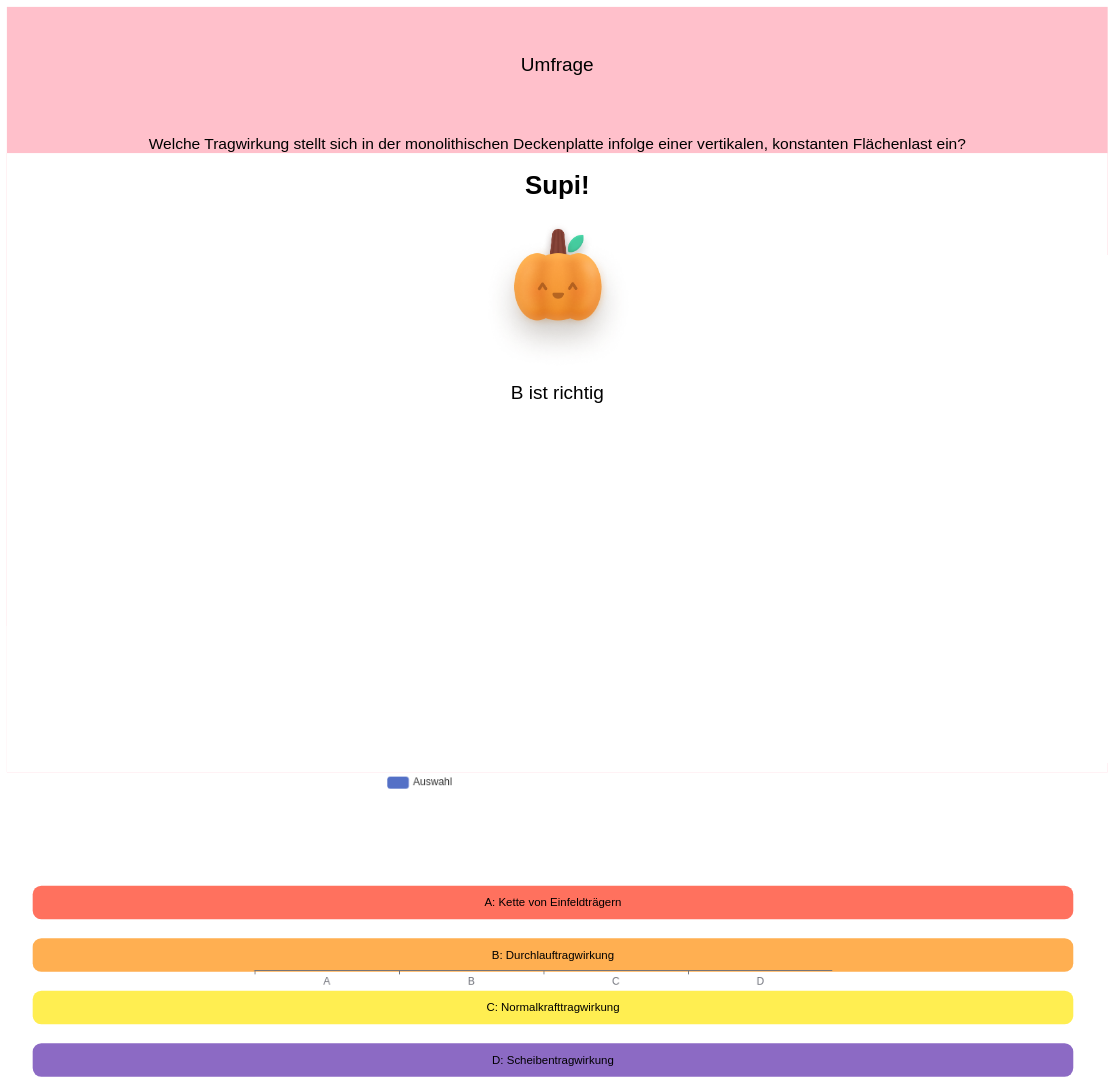
Repository: HyunraDate/Quinlan
Page: /Ergebnis1
The author's editor kept a copy of each file at every save. The page is drawn from the files as they stood at one save, then again after the next save.
The browser window is 1280 px wide. The page is 1288 px wide, so the pictures cover 1288 px, including what lies to the right of the window. The pictures show the whole page, at 86% of full size.
The page's requests for data from a server got no answer. The project was rebuilt for these pictures with package versions that can differ from the ones it lists, and the page was loaded fresh each time. No one was signed in, and anything a server would have sent is missing. Also part of the build but not shown: vite.config.js, src/views/Ergebnis2.vue, src/views/Erklaerung.vue.

Above is the page before, as saved 2023-07-04 10:26:50.

### index.html
<!DOCTYPE html>
<html lang="en">
  <head>
    <meta charset="UTF-8" />
    <link rel="icon" type="image/svg+xml" href="/vite.svg" />
    <meta name="viewport" content="width=device-width, initial-scale=1.0" />
    <title>Vite + Vue</title>
  </head>
  <body>
    <div id="app"></div>
    <script type="module" src="/src/main.js"></script>
    <script
    src="https://cdnjs.cloudflare.com/ajax/libs/echarts/5.4.1/echarts.min.js"
    integrity="sha512-OTbGFYPLe3jhy4bUwbB8nls0TFgz10kn0TLkmyA+l3FyivDs31zsXCjOis7YGDtE2Jsy0+fzW+3/OVoPVujPmQ=="
    crossorigin="anonymous"
    referrerpolicy="no-referrer">
    </script>

  </body>
</html>

### src/views/FragePage.vue
<!-- <template>
    <div>
    <div class="flex-col page">
        <div class="flex-col items-center">
          span class="font_1">Umfrage</span>
      <br/>

      <body onload="run()">
        wird in <span id="spanId" style="color:#FE9637">60</span>Sekunden springen!
      </body>
    </div>
</template> -->
<script>
// import { useStore } from '@store/index'
// //先引入useRouter
// import { useRouter } from 'vue-router'

// export default {
//   const store = useStore()
//   const router = useRouter()
//   //通过定义一个方法，使用Router进行跳转
//   const test =()=>
//   router.push()
// }

// import { useRouter , useRoute } from 'vue-router'

// setup(){
//     const $router=useRouter()
//     const $route=useRoute()

//     // 对象 $router.push()可以向history对象添加新记录
//     $router.push({ path: 'Ergebnis1' })
// }


// return {
//   store,
//   //这里暴露test方法
//   test
// }
// 页面一加载完成，该方法就会执行
// 读秒，一秒钟数字改变一次

// export default { 唔可以系setup度用
//   methods: {
//     scrollTo(target) {
//       const element = this.$refs[target];
//       element.scrollIntoView({ behavior: 'smooth' });
//     }
//   }
// }

var x = 60;
var select = "Step3.html";

function run(){
  // 获取到的是span标签的对象
  var span = document.getElementById("spanId");
  // 获取span标签中间的文本
  span.innerHTML = x;
  x--;
  // 再让run方法执行呢，一秒钟执行一次
  if(x < 0)window.location = select;
  else window.setTimeout("run()", 1000);

};

function test(click){
  select = click;
}

export default {
  data() {
    return {
      isDisabled: false,
      showButton: true,
    };
  },
  //Falls du die Btns nicht zeigen möchtest
  // beforeRouteEnter(to, from, next) {
  //   next(vm => {
  //     vm.showButton = false
  //   })
  // },
  // mounted() {
  //   // 在页面加载时显示按钮
  //   this.showButton = true;
  // },
  // beforeDestroy() {
  //   // 在页面销毁之前隐藏按钮
  //   this.showButton = false;
  // },

  methods:{
    option1:function(){
      console.log(this.$router);
      // this.$router.plus('/') 这里跳转不了欸
      //this.$router.push({path:"/"}) //传入对象 但也跳转不了欸 push!唔系plus啊死蠢！
      //this.showButton = false;

      //带参数
      this.$router.push({path:'/Ergebnis1'}) //成功跳转了！！okok!!
      //this.$router.push({name:"almond",params:{id:Chocolat}}) //传参 这里传不到欸 // 试一下传right
      },

      option2:function(){
        console.log(this.$router);
        //this.showButton = false; //hier zeigt die Button nicht mehr, wie du möchtest

        //带参数
        this.$router.push({path:'/Ergebnis2'}) //成功跳转了！！okok!!
        //如果要动态传参

        //this.$router.push({name:"Ergebnis2",params:{id:A}}) //传参 这里传不到欸 // 试一下传worong
      },

      onClick() {
        // 在点击事件监听器中禁用按钮
        this.isDisabled = true;
        // 在每个按钮上使用 v-bind:disabled 指令，将其值绑定为 isDisabled，
        //当 isDisabled 为 true 时，按钮将被禁用。
        console.log("Button clicked")
      },
  },


}
</script>

<template>
<body >
<div>
  <!-- <div class="flex-col page"> </div>  太占位啦！-->
    <div class="flex flex-col items-center">
    <br/><br/><br/>
    <span class="font_1">Umfrage</span>
    <!--style="{
      margin: 0;
      font-size: 1.38rem;
      font-family: Inter;
      line-height: 1.63rem;
      color: #000000;
      font-family: 'Work Sans', sans-serif;
      text-align: center;
      }"-->
    <br/><br/>
    <!-- <br/><br/> -->
    <span class="text">
    Welche Tragwirkung stellt sich in der monolithischen Deckenplatte infolge einer vertikalen, konstanten
    Flächenlast ein?
    <br/>
    </span>
  <router-view/>

<!-- onload="run()" 这里加载不了 这个onload function欸-->
<!-- wird in <span id="spanId" style="color:#FE9637">60</span>Sekunden springen! -->
</div>



<!-- 要页面跳转了
1、 router-link: <router-link to='/testDemo'>
                <button>点击跳转2</button>
                </router-link>

2、 this.$router.push('/a')
3、 get params ->  console.log(this.$route.params.a); -->
<div class="flex-col group space-y-22">

  <!-- <router-link to="Ergebnis2"><button class="flex-col justify-start items-center text-wrapper " type="submit">A: Kette von Einfeldträgern</button></router-link> -->
  <!-- <button class="flex-col justify-start items-center text-wrapper " type="submit" a href="Step3.html">A: Kette von Einfeldträgern</button> -->


  <!-- <router-link to="Ergebnis1"><button class="flex-col justify-start items-center text-wrapper_2 " type="submit">B: Durchlauftragwirkung</button></router-link> -->

  <!-- <router-link to="Ergebnis2"><button class="flex-col justify-start items-center text-wrapper_3" type="button">C: Normalkrafttragwirkung</button>
  </router-link> -->
<button v-on:click="onClick" :disabled="isDisabled" v-if="showButton" id ="A" class="flex-col justify-start items-center text-wrapper " type="submit" @click="option2">A: Kette von Einfeldträgern</button>

<button v-on:click="onClick" :disabled="isDisabled" v-if="showButton" id ="B" class="flex-col justify-start items-center text-wrapper_2" type="button" @click="option1">B: Durchlauftragwirkung</button>

<button v-on:click="onClick" :disabled="isDisabled" v-if="showButton" id ="C" class="flex-col justify-start items-center text-wrapper_3" type="button" @click="option2">C: Normalkrafttragwirkung</button>

<button v-on:click="onClick" :disabled="isDisabled" v-if="showButton" id ="D" class="flex-col justify-start items-center text-wrapper_4" type="button" @click="option2">D: Scheibentragwirkung</button>
</div>
</div>

</body>
</template>

<style scoped>
@import url("../css/halloween.css"); /*src = . */
/* .font_1{ /* didnt work
  position: center;
  } */

/*
使用深度选择器来写使样式生效。
有两种写法：

.a >>> .b {}
.a /deep/ .b
当你子组件使用了 scoped 但在父组件又想修改子组件的样式可以 通过 >>> 来实现：

<style scoped>
.a >>> .b { /* ...


将会编译成
.a[data-v-f3f3eg9] .b {
  /* ... */

</style>

### src/views/Ergebnis1.vue
<template>
  <html lang="en">
    <!-- <head>
    <meta charset="UTF-8" />
    <meta http-equiv="X-UA-Compatible" content="IE=edge" />
    <meta name="viewport" content="width=device-width, initial-scale=1.0" />
    <title>codefun</title>
    <link rel="stylesheet" href="./Step3.Ai.css" /> -->

    <!-- 需要需要！ 就算——我在main.js已经import了echarts了
    <script src="node_modules/echarts/dist/echarts.min.js"></script>
    <script src="https://cdnjs.cloudflare.com/ajax/libs/echarts/5.4.1/echarts.min.js"
    integrity="sha512-OTbGFYPLe3jhy4bUwbB8nls0TFgz10kn0TLkmyA+l3FyivDs31zsXCjOis7YGDtE2Jsy0+fzW+3/OVoPVujPmQ=="
    crossorigin="anonymous"
    referrerpolicy="no-referrer"></script>

  </head>-->
    <body>
      <div class="flex-col items-center page">
        <span class="text">Supi!</span>
        <img src="../images/right.png" img class="image" @click="goPage" />
        <span class="text_2">B ist richtig</span>
      </div>

      <!--为Chart准备定义了宽高的DOM-->
      <!-- <div class="echartsBox" ref="echartsBox"> 初始化Echarts 峰华老师的方法 使用props传参 -->
      <div
        id="myEcharts"
        ref="echartsBox"
        :style="// muss hier id & ref gleich?
        {
          width: '75%',
          height: '300px',
          // margin: auto,
          // display: flex,
          // justify-content: center,
          // align-items: center
        }"
      >
        <!-- //<canvas data-zr-dom-id="zr_0" //报错了
      // width:"293px",
      // height:"422px",
      // position: absolute,
      // left: "0px",
      // top: "0px",
      // user-select: none,
      // -webkit-tap-highlight-
      // color: rgba(0, 0, 0, 0),
      // padding: "0px",
      // margin: "0px",
      // border-width: "0px">
      width: '75%',
      height: '100%',
      margin: 0,</canvas> -->
      </div>
    </body>
  </html>

  <!-- <div> -->
  <!-- <a href="../views/Erklaerung.vue" target="_blank"> -->
  <!-- <img src="../images/right.png" class="richtig" alt="Vite logo" @click="goPage"/> -->
  <!-- </a> -- Vue不用a标签的>
    <a href="https://vuejs.org/" target="_blank">
      <img src="../assets/vue.svg" class="logo vue" alt="Vue logo" />
    </a> -->
  <!-- </div> -->
  <!-- <HelloWorld msg="Vite + Vue" /> -->
</template>

<script>
import * as echarts from "echarts";
import { reactive, ref, onMounted, onUnmounted, nextTick } from "vue";
import axios from "axios";

export default {
  methods: {
    goPage: function () {
      console.log(this.$router);
      // this.$router.plus('/') 这里跳转不了欸
      //this.$router.push({path:"/"}) //传入对象 但也跳转不了欸 push!唔系plus啊死蠢！

      //带参数
      this.$router.push({ path: "/Erklaerung" }); //成功跳转了！！okok!!
      //this.$router.push({name:"almond",params:{id:Chocolat}}) //传参 这里传不到欸
    },
  },

  setup() {
    let chart;

    var state = reactive({
      data: [], //这里定义了data的类型是array
      dataType: "json", //返回数据形式为json but didnt work?
      option: {
        // title: {
        //   text: "Umfrage",
        //   color: "#FE9637",
        // },
        tooltip: {},
        legend: {
          //data: ["Auswahl"],
          //series里面有name值， legend里面的data可以删掉
        },
        grid: {
          left: "30%",
          top: "10%",
          right: "auto", //ok了！？
          // left: left,
          // top: top,
          // right: 'auto',
          // bottom: 'auto',
          containLebel: true, //显示刻度，不显示就false
        },

        style: {
          width: "75%",
          height: "100%",
          margin: 0,
          //到底写在哪里啊style@media
        },

        xAxis: {
          type: "category",
          data: ["A", "B", "C", "D"],
        },
        yAxis: {
          type: "value",
          //data: state.values, 这里不显示的 要在下面series显示
        },
        series: [
          {
            name: "Auswahl",
            type: "bar",
            data: [],
            //If 传的是Proxy对象，proxy代理了Child对象，所以我们访问的是proxy代理对象的自身属性，因此不需要.value
            //ref的值在 JS/TS 中读取和修改时，需要使用 .value获取，在模版中读取是，不需要使用 .value
            itemStyle: {
              //通常情况下：
              normal: {
                //每个柱子的颜色即为colorList数组里的每一项，如果柱子数目多于colorList的长度，则柱子颜色循环使用该数组
                color: function (params) {
                  var colorList = [
                    "#ff715e",
                    "#ffaf51",
                    "#ffee51",
                    "#8c6ac4",
                    "#715c87",
                  ];
                  return colorList[params.dataIndex];
                },
              },
              //鼠标悬停时：
              emphasis: {
                shadowBlur: 10,
                shadowOffsetX: 0,
                shadowColor: "rgba(251, 161, 72, 0.66)",
              },
            },
          },
        ],
      },
    });

    /// 声明定义一下echart
    let echart = echarts;

    onMounted(() => {
      initChart(); //initChart报错惹
      axios
        .get("http://localhost:8000/question1")
        .then((res) => {
          // state.data = res.data;
          state.option.series[0].data = res.data;
          nextTick(() => {
            chart.setOption(state.option);
          });
        })
        .catch((error) => {
          console.log(error); //没有报错表示成功了！
        });
    });

    onUnmounted(() => {
      echart.dispose;
    });

    // 基础配置一下Echarts
    function initChart() {
      chart = echart.init(document.getElementById("myEcharts")); //initChart报错惹
      // 把配置和数据放这里
      chart.setOption(state.option);

      //Pink老师教的方法
      window.addEventListener("resize", function () {
        chart.resize();
      });
    }
    onUnmounted(() => {
      chart.dispose();
    });
    return { initChart, state };
  },
};
</script>

<style scoped>
@import url("../css/Step3b.css"); /*src = . */
</style>

### src/css/Step3b.css
@media (width: 100vw) {
  html {
    font-size: 16px;
  }

  body {
    background: pink;
    margin: 0;
    font-family: -apple-system, BlinkMacSystemFont, 'Segoe UI', 'Roboto', 'Oxygen', 'Ubuntu', 'Cantarell', 'Fira Sans',
        'Droid Sans', 'Helvetica Neue', 'Microsoft Yahei', sans-serif;
    -webkit-font-smoothing: antialiased;
    -moz-osx-font-smoothing: grayscale;
    width: 100vw;
    height: 100vh;
  }

  body * {
    box-sizing: border-box;
    flex-shrink: 0;
  }

/*
html {
    font-size: 16px;
  }
   */
  /* body {
    margin: 0;
    font-family: -apple-system, BlinkMacSystemFont, 'Segoe UI', 'Roboto', 'Oxygen', 'Ubuntu', 'Cantarell', 'Fira Sans',
      'Droid Sans', 'Helvetica Neue', 'Microsoft Yahei', sans-serif;
    -webkit-font-smoothing: antialiased;
    -moz-osx-font-smoothing: grayscale;
    width: 100vw;
    height: 100vh;
  } */

  body * {
    box-sizing: border-box;
    flex-shrink: 0;
  }

  .echarts-box {
    text-align:center;
  }

  /* canvas {
    text-align:center;
  } */

  .flex-row {
    display: flex;
    flex-direction: row;
  }

  .flex-col {
    display: flex;
    flex-direction: column;
  }

  .justify-start {
    justify-content: flex-start;
  }

  .justify-end {
    justify-content: flex-end;
  }

  .justify-center {
    justify-content: center;
  }

  .justify-between {
    justify-content: space-between;
  }

  .justify-around {
    justify-content: space-around;
  }

  .justify-evenly {
    justify-content: space-evenly;
  }

  .items-start {
    align-items: flex-start;
  }

  .items-end {
    align-items: flex-end;
  }

  .items-center {
    align-items: center;
  }

  .items-baseline {
    align-items: baseline;
  }

  .items-stretch {
    align-items: stretch;
  }

  .self-start {
    align-self: flex-start;
  }

  .self-end {
    align-self: flex-end;
  }

  .self-center {
    align-self: center;
  }

  .self-baseline {
    align-self: baseline;
  }

  .self-stretch {
    align-self: stretch;
  }

  .flex-1 {
    flex: 1 1 0%;
  }

  .flex-auto {
    flex: 1 1 auto;
  }

  .grow {
    flex-grow: 1;
  }

  .grow-0 {
    flex-grow: 0;
  }

  .shrink {
    flex-shrink: 1;
  }

  .shrink-0 {
    flex-shrink: 0;
  }

  .relative {
    position: relative;
  }

  .page {
    padding: 1.5rem 1.5rem; /* 调整上下边距的值 原值：31.38rem */
    background-color: #ffffff;
    width: 100%;
    overflow-y: auto;
    overflow-x: hidden;
    height: 100%;
  }
  .text {
    color: #000000;
    font-size: 1.88rem;
    font-family: Inter;
    font-weight: 700;
    line-height: 1.81rem;
    font-family: 'Work Sans', sans-serif;
  }
  .image {
    margin-top: 1.63rem;
    width: 11.13rem;
    height: 10.81rem;
  }
  .text_2 {
    margin-top: 1rem;
    color: #000000;
    font-size: 1.38rem;
    font-family: Inter;
    line-height: 1.34rem;
    font-family: 'Work Sans', sans-serif;
  }
}

Loaded but not shown: src/router/index.js (136 lines, source omitted); src/main.js (20 lines, source omitted); src/utils/rem.js (14 lines, source omitted); src/css/halloween.css (430 lines, source omitted)

After the next save:
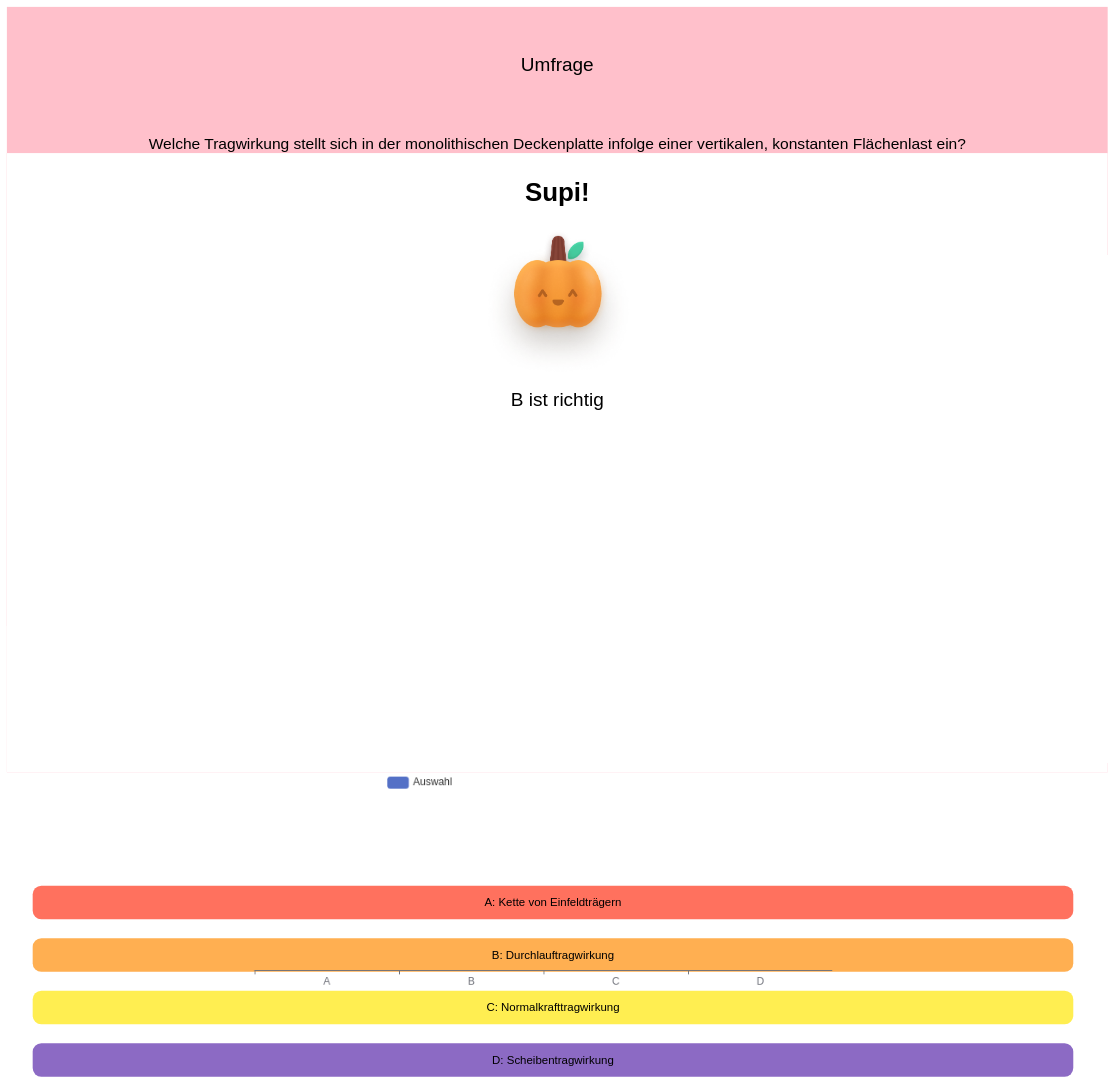
Saved 7 min 37 s later.
--- a/src/css/Step3b.css
+++ b/src/css/Step3b.css
@@ -150,7 +150,8 @@
   }
 
   .page {
-    padding: 1.5rem 1.5rem; /* 调整上下边距的值 原值：31.38rem */
+    padding-top: 2rem; /* 调整上边距大小 */
+    padding-bottom: 2rem; /* 调整下边距大小 */ /* 调整上下边距的值 原值：31.38rem */
     background-color: #ffffff;
     width: 100%;
     overflow-y: auto;

After the save that followed:
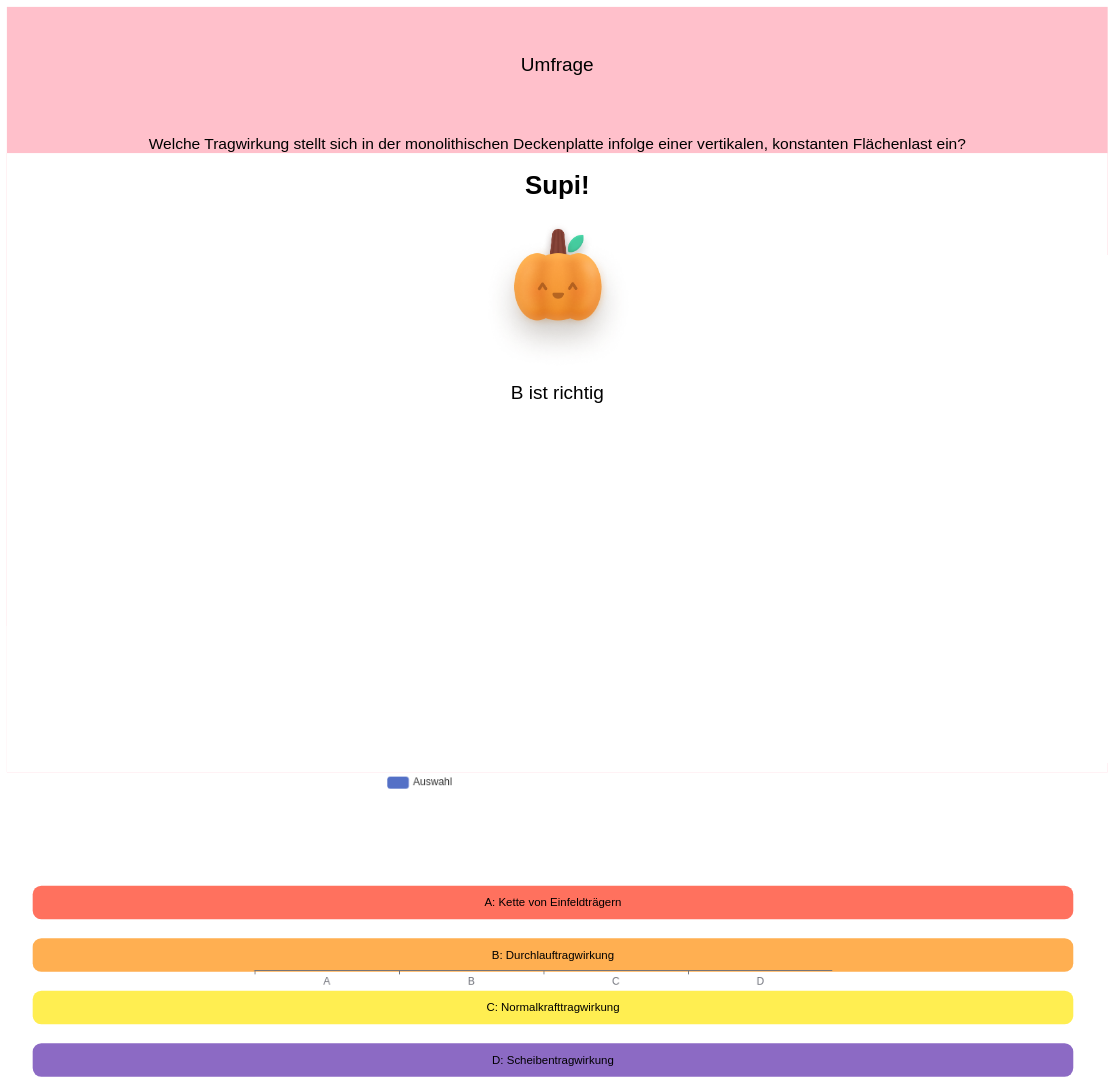
Saved 101 s later.
--- a/src/css/Step3b.css
+++ b/src/css/Step3b.css
@@ -150,8 +150,9 @@
   }
 
   .page {
-    padding-top: 2rem; /* 调整上边距大小 */
-    padding-bottom: 2rem; /* 调整下边距大小 */ /* 调整上下边距的值 原值：31.38rem */
+    padding: 1.5rem ; /* 调整上下边距的值(hier 四边都是1.5rem) 原值：31.38rem */
+    /* padding-top: 2rem; /* 调整上边距大小 */
+    /* padding-bottom: 2rem; /* 调整下边距大小 */
     background-color: #ffffff;
     width: 100%;
     overflow-y: auto;
